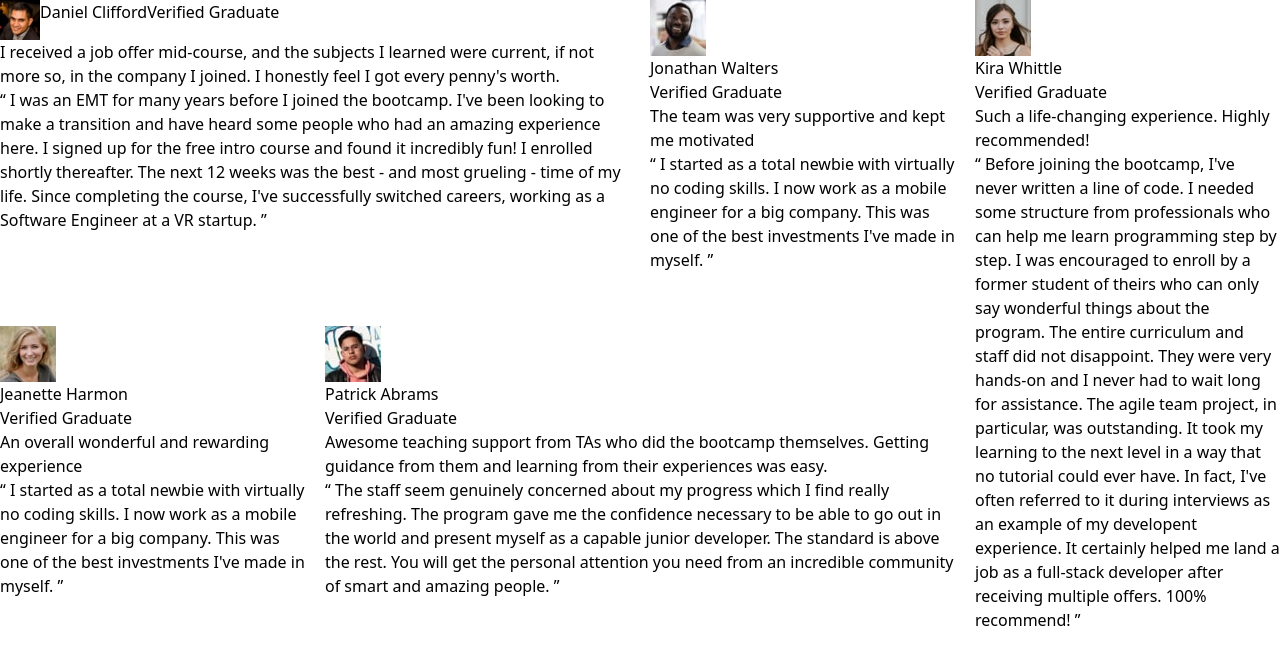
Repository: DiyBookOfLife/ps-FrontendMentor
Page: index.html
An editor plug-in stored every save of this project. The page is shown before and after the next save, followed by the edit.
The browser window is 1280 px wide. The pictures show the whole page.
Some web libraries are served in a nearby version.

Above is the page before, as saved 2026-01-02 13:25:59.

### index.html
<!DOCTYPE html>
<html lang="en">

<head>
  <meta charset="UTF-8">
  <meta name="viewport" content="width=device-width, initial-scale=1.0">
  <!-- displays site properly based on user's device -->

  <link rel="icon" type="image/png" sizes="32x32" href="./images/favicon-32x32.png">

  <title>Frontend Mentor | [Challenge Name Here]</title>

  <link rel="preconnect" href="https://fonts.googleapis.com">
  <link rel="preconnect" href="https://fonts.gstatic.com" crossorigin>
  <link href="https://fonts.googleapis.com/css2?family=Barlow+Semi+Condensed:ital,wght@0,100;0,200;0,300;0,400;0,500;0,600;0,700;0,800;0,900;1,100;1,200;1,300;1,400;1,500;1,600;1,700;1,800;1,900&display=swap" rel="stylesheet">

  <!-- <link rel="stylesheet" href="./styles.css"> -->
  <script src="https://cdn.tailwindcss.com"></script>
</head>

<body>
  <main>
    <section class="grid grid-cols-4 grid-rows-2 gap-[20px]">
      <div class="col-start-1 col-end-3">
        <div class="flex">
          <img class="h-[40px]" src="./images/image-daniel.jpg" alt="picture of daniel">
          <div class="flex flex">
            <div>Daniel Clifford</div>
            <div>Verified Graduate</div>
          </div>
        </div>

        <p>
          I received a job offer mid-course, and the subjects I learned were current, if not more so,
          in the company I joined. I honestly feel I got every penny's worth.
        </p>

        <p>
          “ I was an EMT for many years before I joined the bootcamp. I've been looking to make a
          transition and have heard some people who had an amazing experience here. I signed up
          for the free intro course and found it incredibly fun! I enrolled shortly thereafter.
          The next 12 weeks was the best - and most grueling - time of my life. Since completing
          the course, I've successfully switched careers, working as a Software Engineer at a VR startup. ”
        </p>
      </div>

      <div class="card" id="jonathan_card">
        <div class="profile">
          <img src="./images/image-jonathan.jpg" alt="picture of jonathan">
          <div>
            <div>Jonathan Walters</div>
            <div>Verified Graduate</div>
          </div>
        </div>

        <p>
          The team was very supportive and kept me motivated
        </p>

        <p>
          “ I started as a total newbie with virtually no coding skills. I now work as a mobile engineer
          for a big company. This was one of the best investments I've made in myself. ”
        </p>
      </div>



      <div class="card" id="jeanette_card">
        <div class="profile">
          <img src="./images/image-jeanette.jpg" alt="picture of jeanette">
          <div>
            <div>Jeanette Harmon</div>
            <div>Verified Graduate</div>
          </div>
        </div>

        <p>
          An overall wonderful and rewarding experience
        </p>

        <p>
          “ I started as a total newbie with virtually no coding skills. I now work as a mobile engineer
          for a big company. This was one of the best investments I've made in myself. ”
        </p>
      </div>


      <div class="col-start-2 col-end-4">
        <div class="profile">
          <img src="./images/image-patrick.jpg" alt="picture of patrick">
          <div>
            <div>Patrick Abrams</div>
            <div>Verified Graduate</div>
          </div>
        </div>

        <p>
          Awesome teaching support from TAs who did the bootcamp themselves. Getting guidance from them and
          learning from their experiences was easy.
        </p>

        <p>
          “ The staff seem genuinely concerned about my progress which I find really refreshing. The program
          gave me the confidence necessary to be able to go out in the world and present myself as a capable
          junior developer. The standard is above the rest. You will get the personal attention you need from
          an incredible community of smart and amazing people. ”
        </p>
      </div>



      <div class="col-start-4 col-end-5 row-start-1 row-end-3">
        <div class="profile">
          <img src="./images/image-kira.jpg" alt="picture of kira">
          <div>
            <div>Kira Whittle</div>
            <div>Verified Graduate</div>
          </div>
        </div>

        <p>
          Such a life-changing experience. Highly recommended!
        </p>

        <p>
          “ Before joining the bootcamp, I've never written a line of code. I needed some structure from
          professionals who can help me learn programming step by step. I was encouraged to enroll by a former
          student of theirs who can only say wonderful things about the program. The entire curriculum and staff
          did not disappoint. They were very hands-on and I never had to wait long for assistance. The agile team
          project, in particular, was outstanding. It took my learning to the next level in a way that no tutorial
          could ever have. In fact, I've often referred to it during interviews as an example of my developent
          experience. It certainly helped me land a job as a full-stack developer after receiving multiple offers.
          100% recommend! ”
        </p>
      </div>

    </section>
  </main>
</body>

</html>

After the next save:
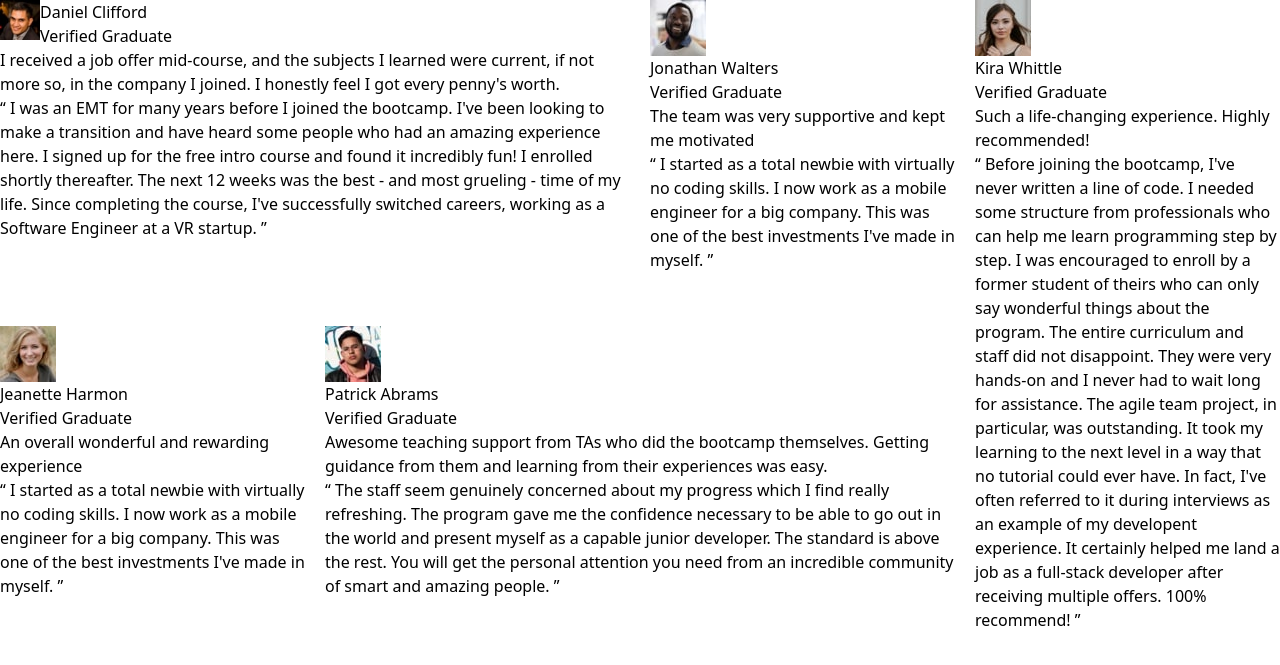
Saved 4 s later.
--- a/index.html
+++ b/index.html
@@ -24,7 +24,7 @@
       <div class="col-start-1 col-end-3">
         <div class="flex">
           <img class="h-[40px]" src="./images/image-daniel.jpg" alt="picture of daniel">
-          <div class="flex flex">
+          <div class="flex flex-col">
             <div>Daniel Clifford</div>
             <div>Verified Graduate</div>
           </div>
